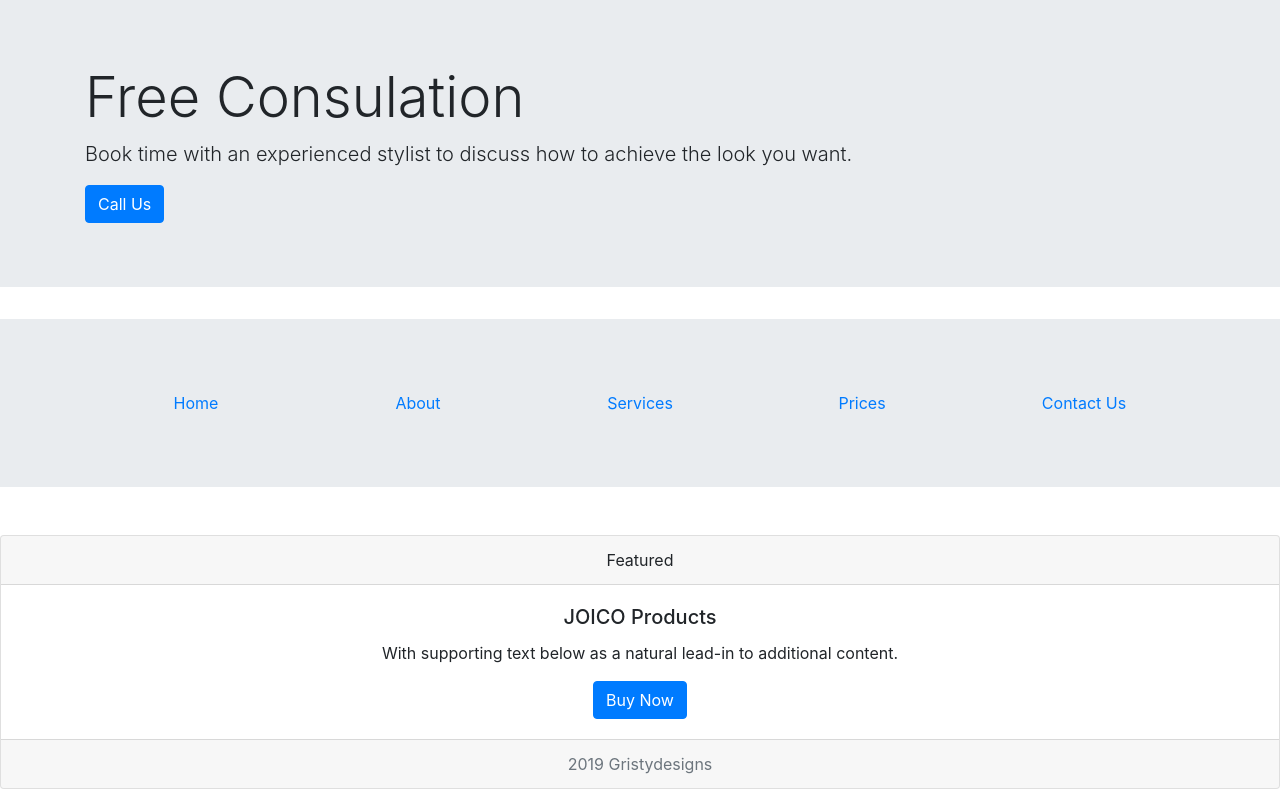
Repository: Gristydesigns/elegance-salon
Page: image/index.html
The author's editor kept a record of every edit. The page is drawn from the files as they stood at one moment, then again after the next edit.
The browser window is 1280 px wide. The pictures show the whole page.

Above is the page before.

After the next edit:
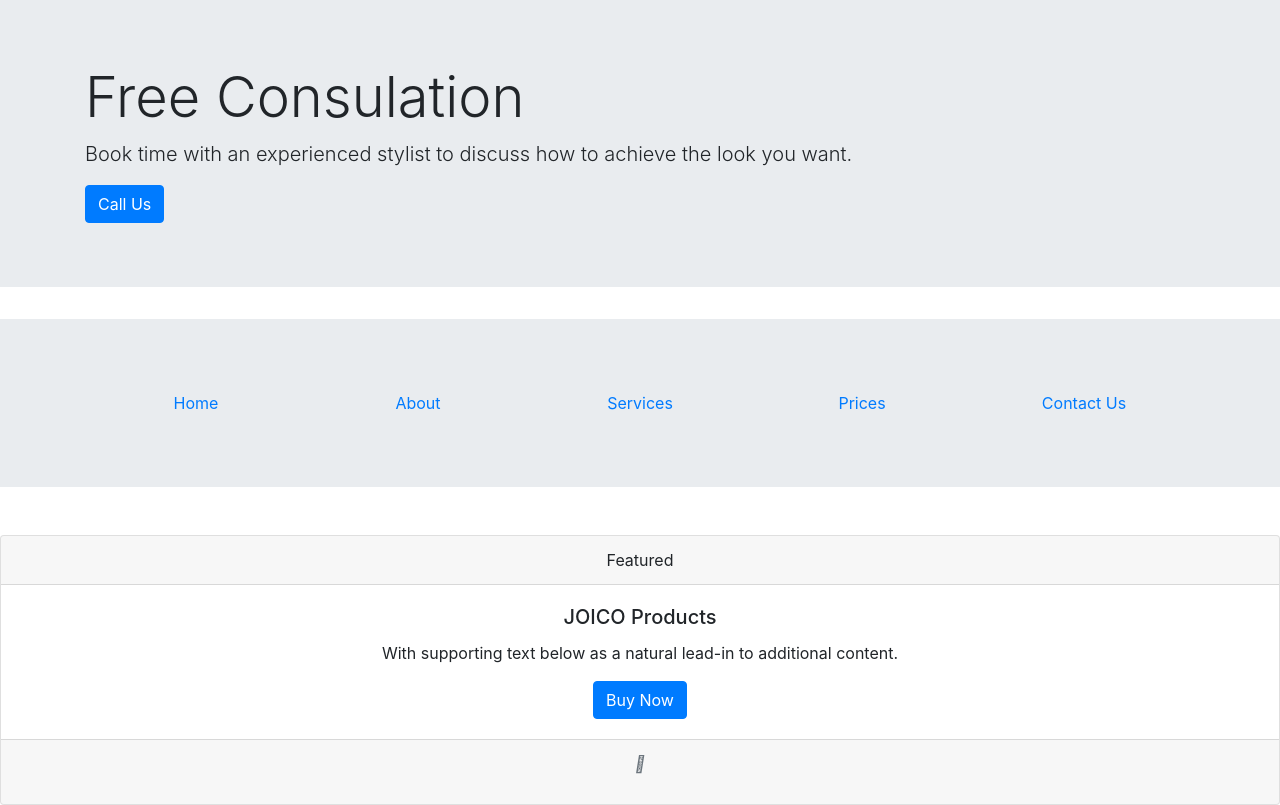
The edit:
--- a/image/index.html
+++ b/image/index.html
@@ -67,7 +67,8 @@
         <a href="#" class="btn btn-primary">Buy Now</a>
       </div>
       <div class="card-footer text-muted">
-        2019 Gristydesigns
+        <i class="far fa-copyright"2019 Gristydesigns></i>
+        <p Gristydeisgns></p>
       </div>
     </div>
   </footer>
